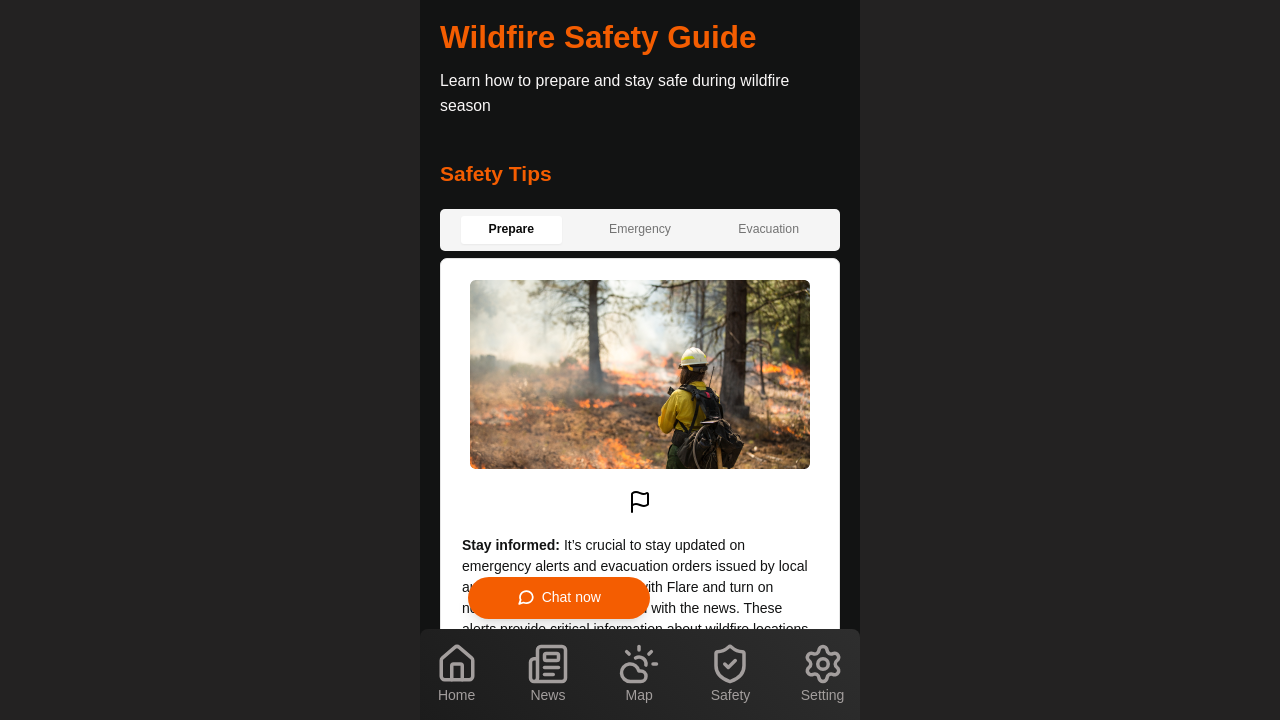
Repository: BCITKevin/Flare_IDSP
Page: /safety
These files come from the project's save history. The page is drawn as it stood at one moment and after the next save; the edit follows.
The browser window is 1280 px wide. The pictures show the whole page.
An inner scrolling area shows only its first screen. Some web fonts or font styles are not loaded; a fallback is used. The project was rebuilt for these pictures with package versions that can differ from the ones it lists, and the page was loaded fresh each time. The framework's server and built-in components were replaced by stand-ins that run in the browser. Also part of the build but not shown: next.config.js, next.config.mjs.

Above is the page before, as saved 2024-11-30 03:44:31.

After the next save:
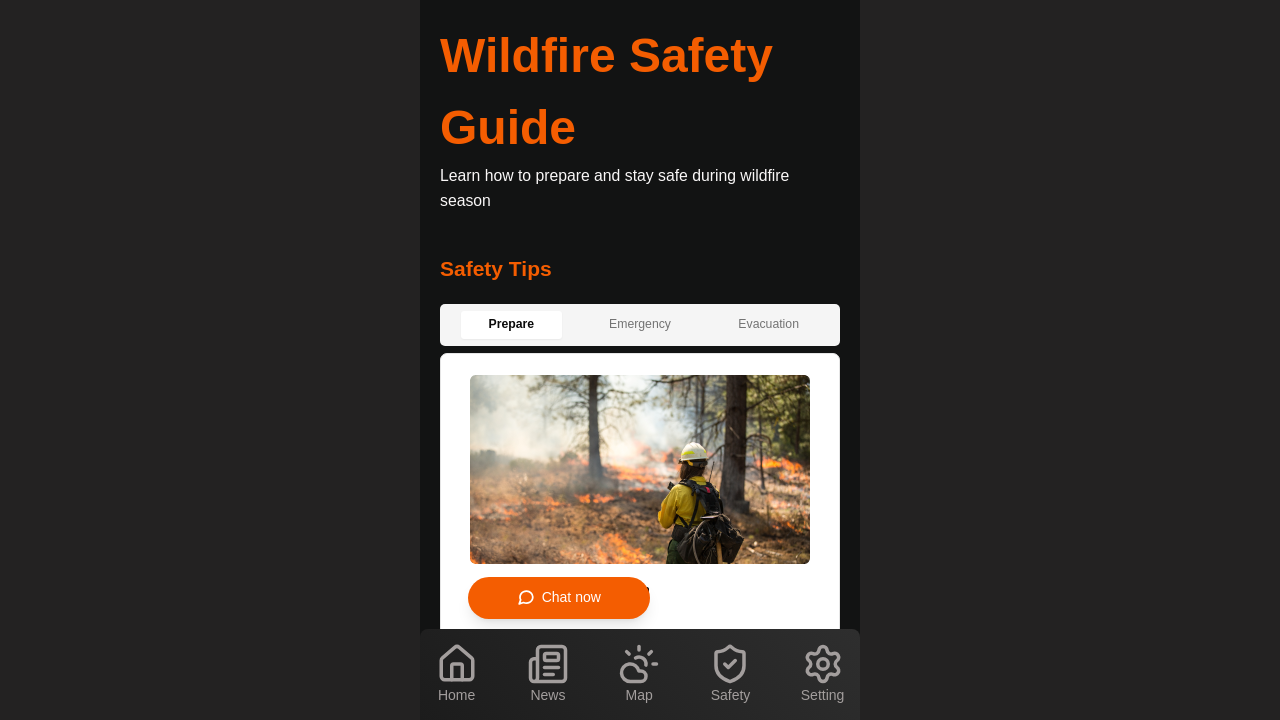
Saved 30 s later.
--- a/src/app/safety/page.tsx
+++ b/src/app/safety/page.tsx
@@ -156,7 +156,7 @@ export default function Safety() {
         <body className="min-h-screen overflow-y-auto">
             <div className="safetyLayout h-full overflow-y-auto mb-44">
                 <div className={`mb-12 ${styles.safetyHeading}`}>
-                    <h1 className="text-4xl font-bold mb-4">
+                    <h1>
                         Wildfire Safety Guide
                     </h1>
                     <p className={`${styles.whiteText} text-lg `}>
